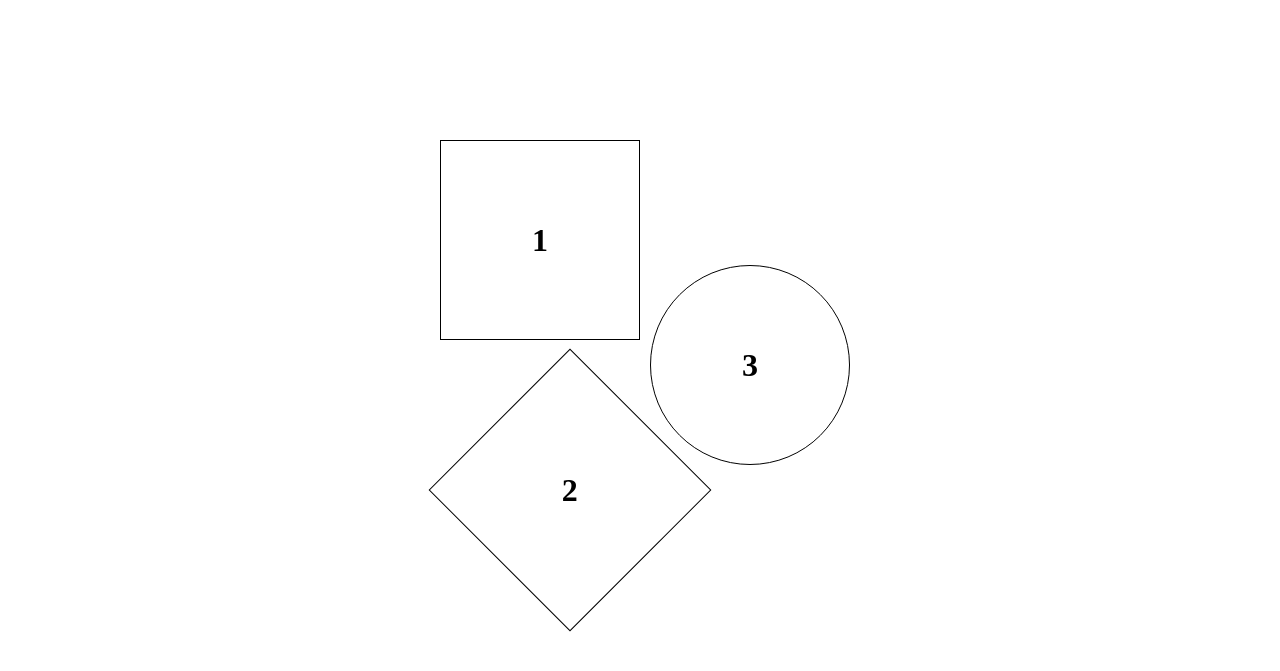
Repository: Chiranshukapil/html_css
Page: squaresHover/index.html
An editor plug-in stored every save of this project. The page is shown before and after a run of saves, followed by the edit.
The browser window is 1280 px wide. The pictures show the whole page.

Above is the page before, as saved 2024-06-08 02:19:41.

### squaresHover/index.html
<!DOCTYPE html>
<html lang="en">
    <head>
        <meta charset="UTF-8">
        <meta name="viewport" content="width=device-width, initial-scale=1.0">
        <title>Shapes Game</title>
        <link rel="stylesheet" href="style.css">
    </head>
    <body>
        <div id="main">
            <div id="box">
                <div id="square" class="shape"><h1>1</h1></div>
                <div id="diamond" class="shape"><h1>2</h1></div>
            </div>
            <div id="circle" class="shape"><h1>3</h1></div>
        </div>
    </body>
</html>

### squaresHover/style.css
*{
    margin: 0%;
    padding: 0%;
    box-sizing: border-box;
}

html,body{
    height: 100%;
    width: 100%;

}

#main{
    height: 100%;
    width: 100%;
    display: flex;
    align-items: center;
    justify-content: center;
}

.shape{
    margin-top: 10px;
    margin-left: 10px;
    height: 200px;
    width: 200px;
    border: 1px solid black;
    display: flex;
    align-items: center;
    justify-content: center;
}
#square:hover{
    background-color: red;
}
#circle{
    border-radius: 50%;
}
#circle:hover{
    background-color: green;
}
#diamond{
    rotate: 45deg;
    margin-top: 50px;
    /* width: 141.45px;
    height: 141.45px;
    /* margin-left: 40px; */
    /* OR */
    translate: 30px; */
}
#diamond:hover{
    background-color: blue;
}
#diamond h1{
    rotate: -45deg ;
}

After the next 2 saves:
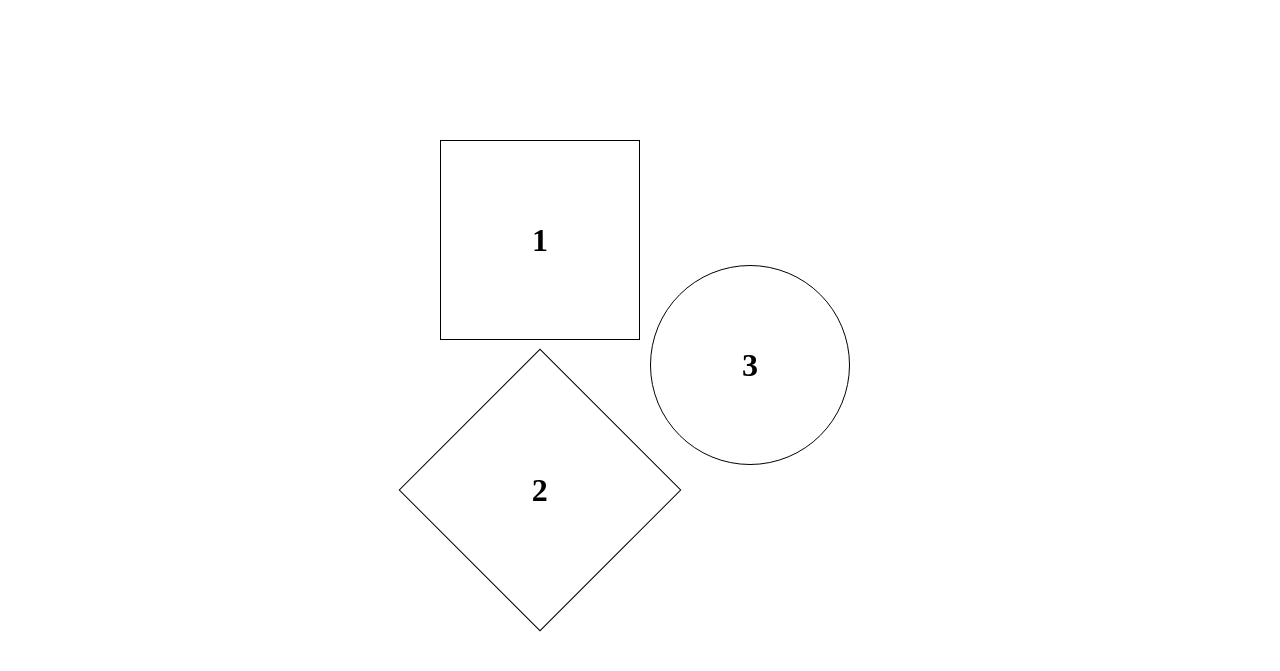
The 2 saves are shown as one change because they came seconds apart.
The last was saved 17 s later.
--- a/squaresHover/style.css
+++ b/squaresHover/style.css
@@ -44,7 +44,7 @@ html,body{
     height: 141.45px;
     /* margin-left: 40px; */
     /* OR */
-    translate: 30px; */
+    /* translate: 30px; */
 }
 #diamond:hover{
     background-color: blue;
